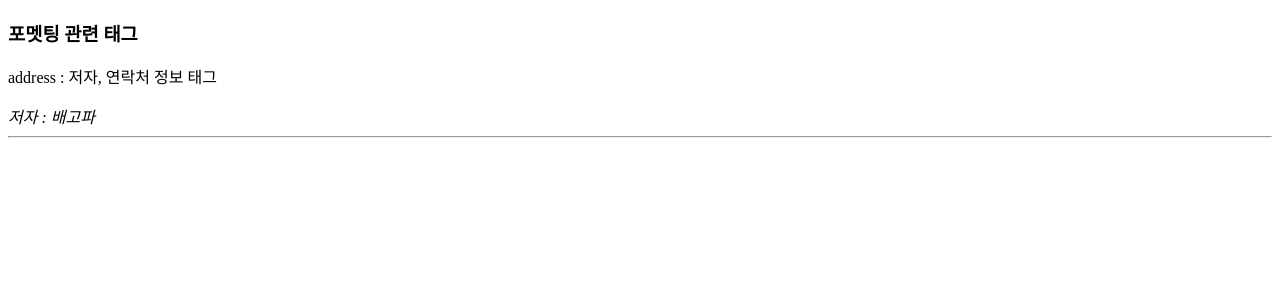
Repository: JiYoon0712/HTML_CSS_javascript
Page: work/study/src/main/webapp/htmlEx/ch02/ex07.html
These files come from the project's save history. The page is drawn as it stood at one moment and after the next save; the edit follows.
The browser window is 1280 px wide. The pictures show the whole page.

Above is the page before, as saved 2023-04-03 03:38:11.

### work/study/src/main/webapp/htmlEx/ch02/ex07.html
<!DOCTYPE html>
<html>
<head>
<meta charset="UTF-8">
<title>Insert title here</title>
</head>
<body>

<h3> 포멧팅 관련 태그 </h3>

<p>address : 저자, 연락처 정보 태그</p>
<address>저자 : 배고파</address>
<hr>


</body>
</html>

After the next save:
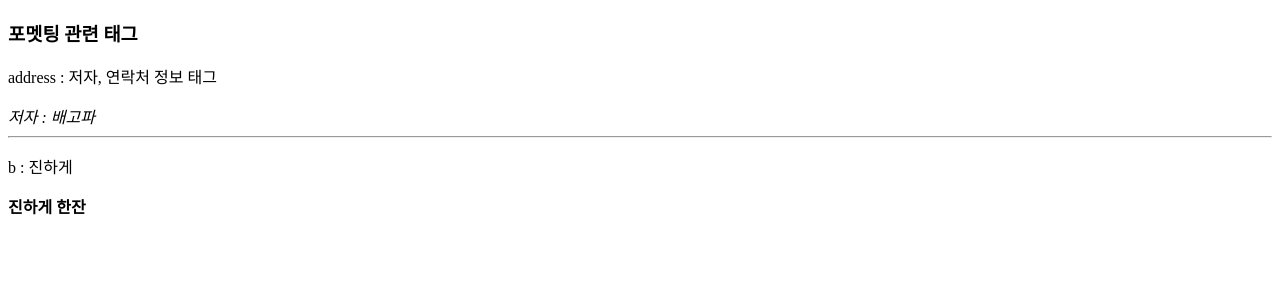
Saved 47 s later.
--- a/work/study/src/main/webapp/htmlEx/ch02/ex07.html
+++ b/work/study/src/main/webapp/htmlEx/ch02/ex07.html
@@ -12,6 +12,9 @@
 <address>저자 : 배고파</address>
 <hr>
 
+<p> b : 진하게 </p>
+<b>진하게 한잔</b>
+
 
 </body>
 </html>
